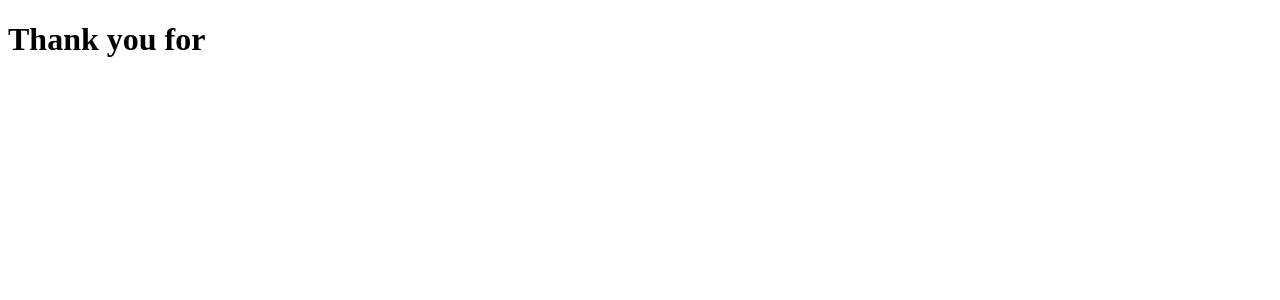
Repository: yaseminvural99/changeForce
Page: thankyou.html
The author's editor kept a copy of each file at every save. The page is drawn from the files as they stood at one save, then again after a run of saves.
The browser window is 1280 px wide. The pictures show the whole page.

Above is the page before, as saved 2024-04-27 21:38:39.

### thankyou.html
<!--Sadece ! yazip enter a basinca <!DOCTYPE html> automatik geliyor-->
<!DOCTYPE html>
<html lang="en">
<head>
    <meta charset="UTF-8">
    <meta name="viewport" content="width=device-width, initial-scale=1.0">
    <title>Thank You</title>
</head>
<body>
    <h1>Thank you for </h1>

</body>
</html>

After the next 3 saves:
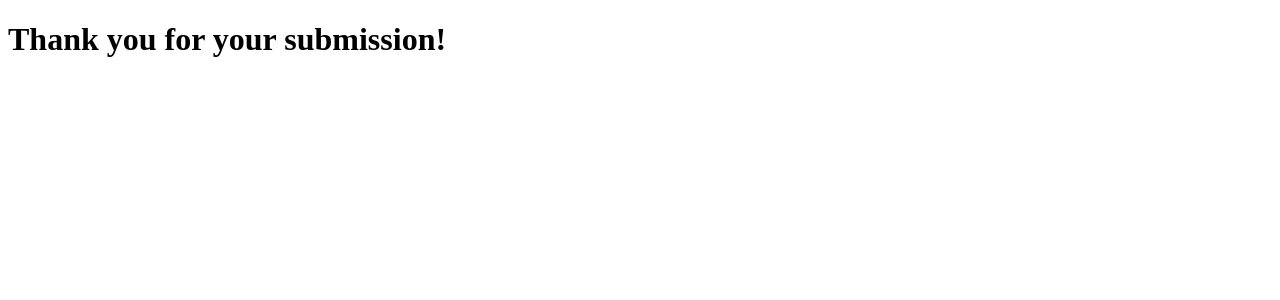
The 3 saves are shown as one change because they came seconds apart.
The last was saved 7 s later.
--- a/thankyou.html
+++ b/thankyou.html
@@ -7,7 +7,7 @@
     <title>Thank You</title>
 </head>
 <body>
-    <h1>Thank you for </h1>
+    <h1>Thank you for your submission!</h1>
 
 </body>
 </html>
